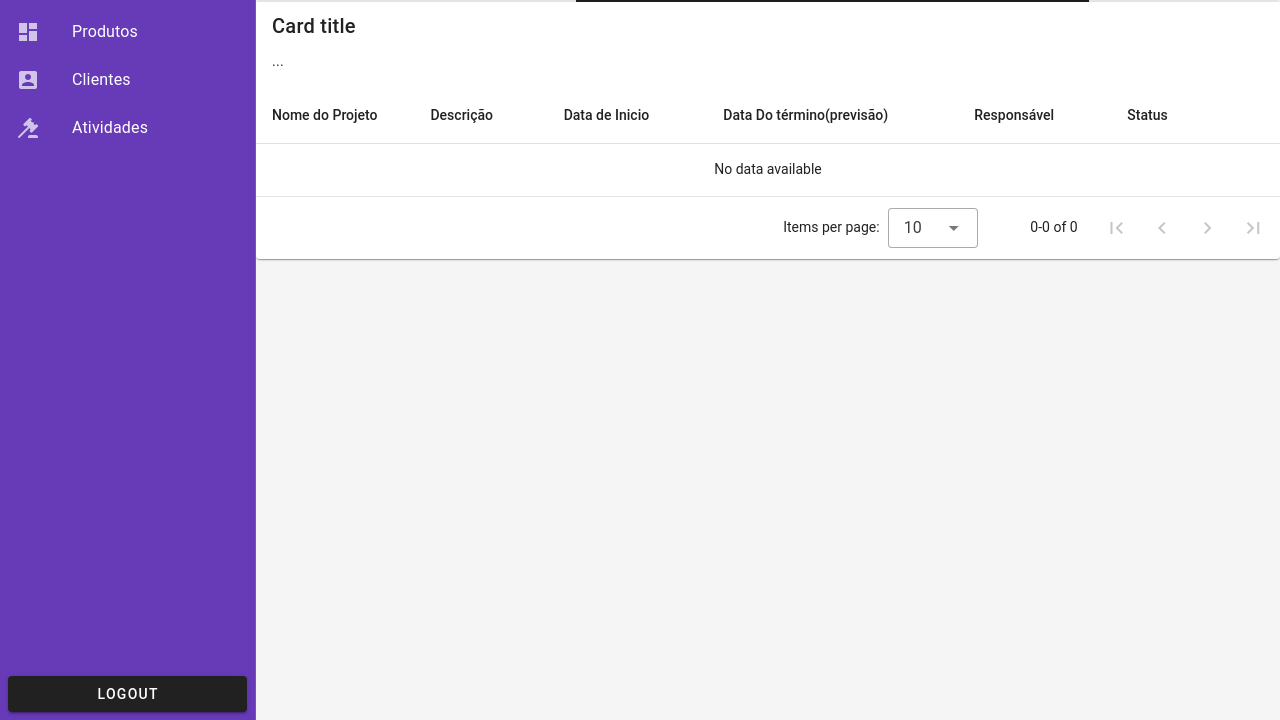
Repository: NtiSilva/Front_AG
Page: /products
An editor plug-in stored every save of this project. The page is shown before and after the next save, followed by the edit.
The browser window is 1280 px wide. The pictures show the whole page.
The page's requests for data from a server got no answer. The project was rebuilt for these pictures with package versions that can differ from the ones it lists, and the page was loaded fresh each time. No one was signed in, and anything a server would have sent is missing. Also part of the build but not shown: vite.config.mjs, src/components/Alert.vue, src/components/Atividades/FormActivities.vue, src/components/Atividades/index.vue, src/components/Clientes/FormClient.vue, src/components/Dialog.vue, src/components/DialogRemove.vue, src/components/Clientes/ListClients.vue and 9 more.

Above is the page before, as saved 2024-06-19 20:34:47.

### src/main.js
import { createApp } from "vue";

import { registerPlugins } from "@/plugins";
import "./plugins/axios";

import App from "./App.vue";
import store from "./store";

const app = createApp(App).use(store);

registerPlugins(app);

app.mount("#app");

### src/plugins/axios.js
import axios from "axios";

axios.defaults.baseURL = import.meta.env.VITE_API_URL;

### src/App.vue
<template>
  <v-app>
    <v-navigation-drawer
      class="bg-deep-purple"
      theme="dark"
      permanent
    >
      <v-list color="transparent">
        <v-list-item prepend-icon="mdi-view-dashboard" title="Produtos" @click="navigateTo('/products')"></v-list-item>
        <v-list-item prepend-icon="mdi-account-box" title="Clientes" @click="navigateTo('/clients')"></v-list-item>
        <v-list-item prepend-icon="mdi-gavel" title="Atividades" @click="navigateTo('/activies')"></v-list-item>
      </v-list>

      <template v-slot:append>
        <div class="pa-2">
          <v-btn block @click="logout">
            Logout
          </v-btn>
        </div>
      </template>
    </v-navigation-drawer>

    <v-main class="main-content">
      <router-view />
    </v-main>
  </v-app>
</template>

<script>
export default {
  name: 'App',
  methods: {
    navigateTo(route) {
      this.$router.push(route);
    },
    logout() {
      // lógica para logout
    },
  },
};
</script>

<style>
html, body, #app {
  height: 100%;
  margin: 0;
}

.v-application {
  height: 100%;
}

.v-main {
  display: flex;
  flex-direction: column;
  height: 100%;
  background-color: #f5f5f5;
}

.v-navigation-drawer {
  height: 100%;
}
</style>

### src/store/index.js
import { createStore } from "vuex";
import activities from "./activities";
import clients from "./clients";
import productsModule from "./products";

export default createStore({
  modules: {
    activities,
    clients,
    productsModule,
  },
});

### src/plugins/vuetify.js
/**
 * plugins/vuetify.js
 *
 * Framework documentation: https://vuetifyjs.com`
 */

// Styles
import "@mdi/font/css/materialdesignicons.css";
import "vuetify/styles";

// Composables
import { createVuetify } from "vuetify";

// https://vuetifyjs.com/en/introduction/why-vuetify/#feature-guides
export default createVuetify({
  // theme: {
  //   defaultTheme: "dark",
  // },
});

### src/router/index.js
import { createRouter, createWebHistory } from "vue-router";
import Products from "@/pages/Products.vue";
import Activities from "@/pages/Activities.vue";
import Clients from "@/pages/Clients.vue";
import Home from "@/pages/HomePage.vue";

const routes = [
  {
    path: "/",
    name: "Home",
    component: Home,
  },
  {
    path: "/clients",
    name: "Clients",
    component: Clients,
  },
  {
    path: "/activities",
    name: "Activities",
    component: Activities,
  },
  {
    path: "/products",
    name: "Products",
    component: Products,
  },
];

const router = createRouter({
  history: createWebHistory(process.env.BASE_URL),
  routes,
});

export default router;

### src/store/activities.js
export default {
  state: {
    // state for module 1
  },
  mutations: {
    // mutations for module 1
  },
  actions: {
    // actions for module 1
  },
  getters: {
    // getters for module 1
  },
};

### src/store/clients.js
export default {
  state: {
    // state for module 1
  },
  mutations: {
    // mutations for module 1
  },
  actions: {
    // actions for module 1
  },
  getters: {
    // getters for module 1
  },
};

### src/store/products.js
import {
  getProducts,
  getProductById,
  createProduct,
  updateProduct,
  deleteProduct,
} from "@/services/productsServices";

const state = {
  products: [],
};

const mutations = {
  SET_PRODUCTS(state, products) {
    state.products = products;
  },
};

const actions = {
  async fetchProducts({ commit }) {
    try {
      const products = await getProducts();
      commit("SET_PRODUCTS", products);
    } catch (error) {
      console.error("Error fetching products:", error);
    }
  },
  async addProduct({ dispatch }, productData) {
    try {
      await createProduct(productData);
      dispatch("fetchProducts");
    } catch (error) {
      console.error("Error adding product:", error);
    }
  },
  async updateProduct({ dispatch }, { productId, productData }) {
    try {
      await updateProduct(productId, productData);
      dispatch("fetchProducts");
    } catch (error) {
      console.error("Error updating product:", error);
    }
  },
  async removeProduct({ dispatch }, productId) {
    try {
      await deleteProduct(productId);
      dispatch("fetchProducts");
    } catch (error) {
      console.error("Error removing product:", error);
    }
  },
};

const getters = {
  getProductById: (state) => (productId) => {
    return state.products.find((product) => product.id === productId);
  },
};

const productsModule = {
  namespaced: true,
  state,
  mutations,
  actions,
  getters,
};

export default productsModule;

### src/pages/Products.vue
<template>
  <v-card loading title="Card title" text="...">
  <v-data-table
    :headers="headers"
    :items="products"
  >
    <template v-slot:item.status="{ value }">
      <v-chip :color="getColor(value)">
        {{ value }}
      </v-chip>
    </template>
  </v-data-table>
  </v-card>
</template>

<script>
import { ref, onMounted, computed } from 'vue';
import { useStore } from 'vuex';

export default {
  name: "DashProducts",
  setup() {
    const store = useStore();

    const headers = [
      { align: 'start', key: 'project_name', sortable: false, title: 'Nome do Projeto' },
      { key: 'project_description', title: 'Descrição' },
      { key: 'dt_init', title: 'Data de Inicio' },
      { key: 'dt_end', title: 'Data Do término(previsão)' },
      { key: 'client.name', title: 'Responsável' },
      { key: 'status', title: 'Status' },
      { key: 'config', title: '' },
    ];

    const products = ref([]);

    // Mapeia o estado do Vuex
    const mappedProducts = computed(() => store.state.productsModule.products);

    const getColor = (status) => {
      if (status === 'Fechado') return 'red';
      else if (status === 'Em andamento') return 'orange';
      else return 'green';
    };

    // Ações do Vuex
    const fetchProducts = () => store.dispatch('productsModule/fetchProducts');

    onMounted(() => {
      fetchProducts();
    });

    return {
      headers,
      products: mappedProducts,
      getColor,
      fetchProducts,
    };
  }
};
</script>

### src/services/productsServices.js
// productsService.js
import axios from "axios";

const baseURL = "/project"; // Base URL for product endpoints

const getProducts = async () => {
  try {
    const response = await axios.get(`${baseURL}/all`);
    return response.data;
  } catch (error) {
    console.error("Erro ao buscar produtos:", error);
    throw error;
  }
};

const getProductById = async (productId) => {
  try {
    const response = await axios.get(`${baseURL}/${productId}`);
    return response.data;
  } catch (error) {
    console.error(`Erro ao buscar produto com ID ${productId}:`, error);
    throw error;
  }
};

const createProduct = async (productData) => {
  try {
    const response = await axios.post(`${baseURL}/add`, productData);
    return response.data;
  } catch (error) {
    console.error("Erro ao criar produto:", error);
    throw error;
  }
};

const updateProduct = async (productId, productData) => {
  try {
    const response = await axios.put(
      `${baseURL}/edit/${productId}`,
      productData
    );
    return response.data;
  } catch (error) {
    console.error(`Erro ao atualizar projeto com ID ${productId}:`, error);
    throw error;
  }
};

const deleteProduct = async (productId) => {
  try {
    const response = await axios.delete(`${baseURL}/delete/${productId}`);
    return response.data;
  } catch (error) {
    console.error(`Erro ao deletar projeto com ID ${productId}:`, error);
    throw error;
  }
};

export {
  getProducts,
  getProductById,
  createProduct,
  updateProduct,
  deleteProduct,
};

Loaded but not shown: index.html (common file); src/plugins/index.js (common file)

After the next save:
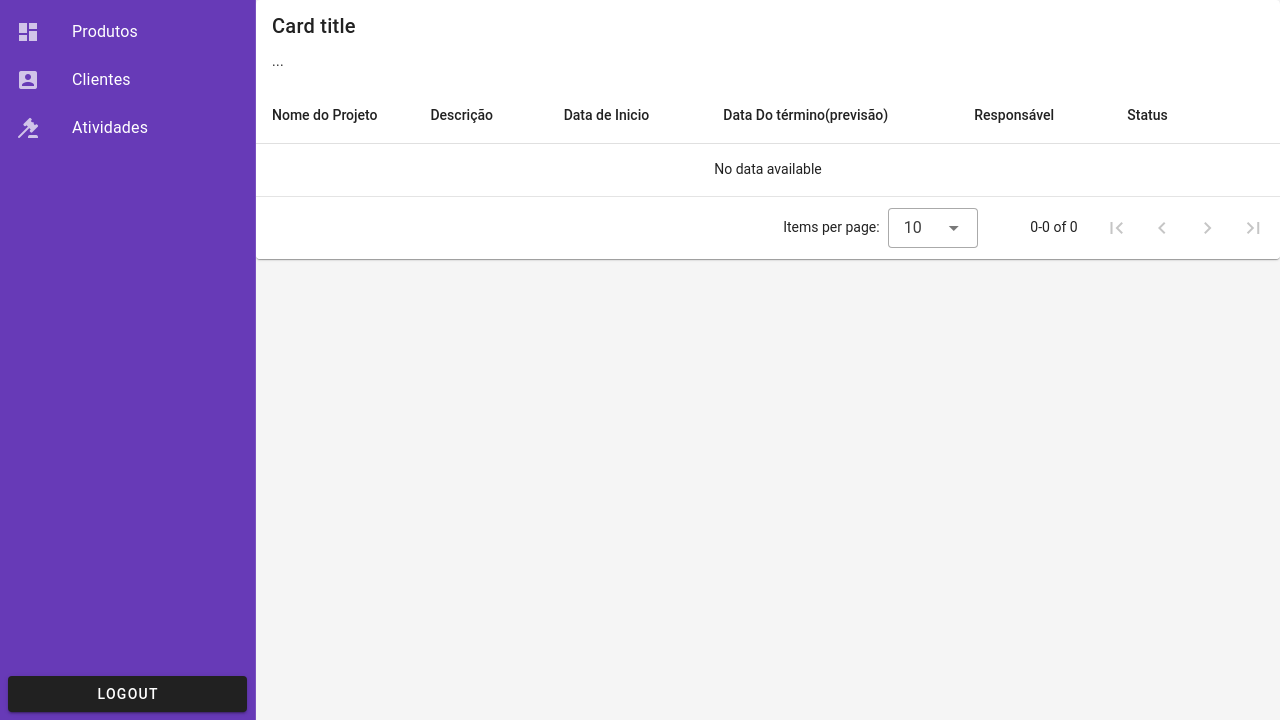
Saved 78 s later.
--- a/src/pages/Products.vue
+++ b/src/pages/Products.vue
@@ -1,5 +1,5 @@
 <template>
-  <v-card loading title="Card title" text="...">
+  <v-card title="Card title" text="...">
   <v-data-table
     :headers="headers"
     :items="products"
